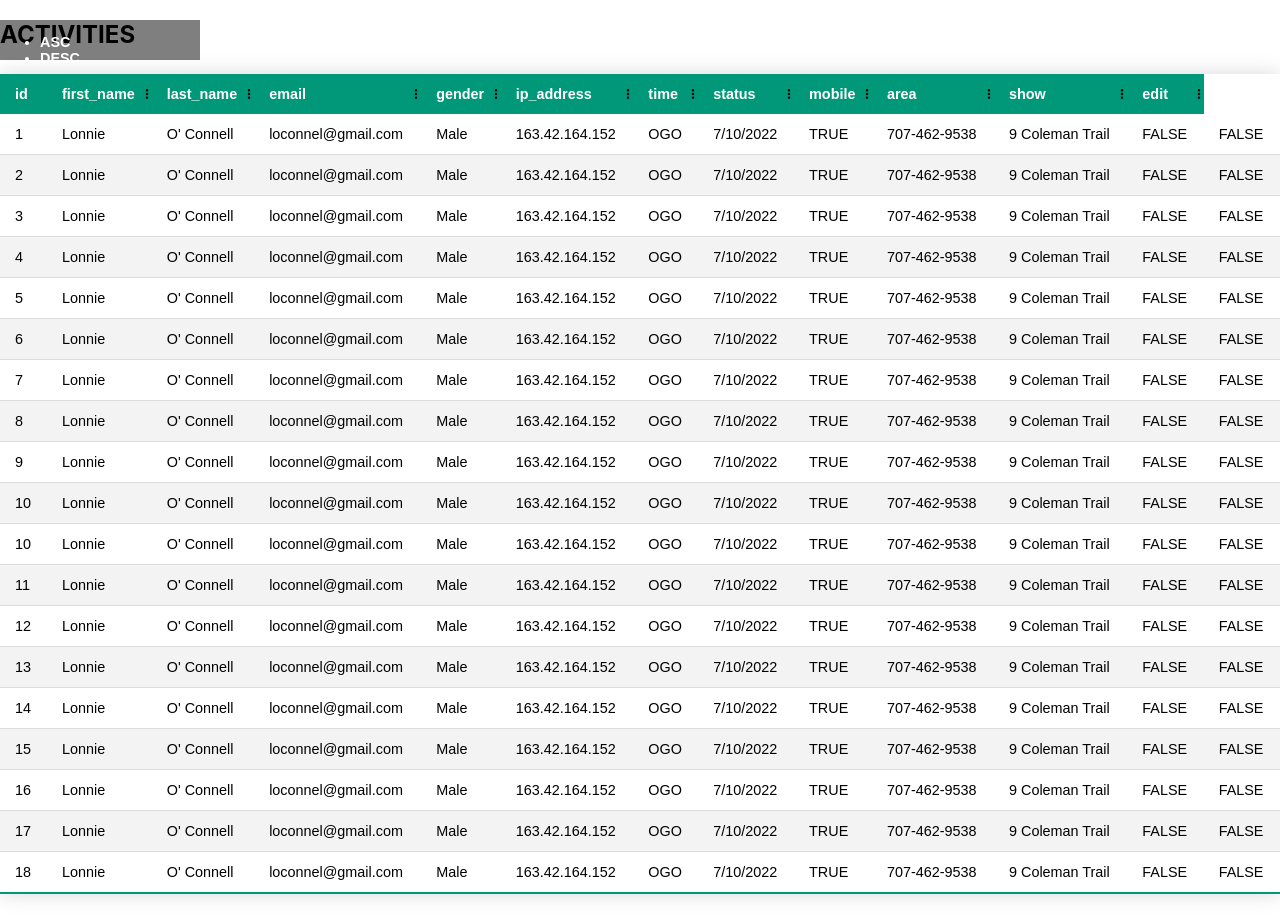
Repository: kartik077-cr7/Ckart
Page: /, after clicking the first element matching `img`
These files come from the project's save history. The page is drawn as it stood at one moment and after the next save; the edit follows.
The browser window is 1280 px wide. The pictures show the whole page.
The project was rebuilt for these pictures with package versions that can differ from the ones it lists, and the page was loaded fresh each time.

Above is the page before, as saved 2022-12-10 17:56:13.

### src/App.js
import Table from "./components/Table";
import './App.css';

const driversData = [
  {
    id: 1,
    first_name: "Lonnie",
		last_name: "O' Connell ",
		email: "loconnel@gmail.com",
		gender: "Male",
		ip_address: "163.42.164.152",
		airport_code:"OGO",
		time:"7/10/2022",
		status:"TRUE",
		mobile:"707-462-9538",
		area: "9 Coleman Trail",
		show: "FALSE",
		edit: "FALSE"
  },
  {
    id: 2,
    first_name: "Lonnie",
		last_name: "O' Connell ",
		email: "loconnel@gmail.com",
		gender: "Male",
		ip_address: "163.42.164.152",
		airport_code:"OGO",
		time:"7/10/2022",
		status:"TRUE",
		mobile:"707-462-9538",
		area: "9 Coleman Trail",
		show: "FALSE",
		edit: "FALSE"
  },
  {
    id: 3,
    first_name: "Lonnie",
		last_name: "O' Connell ",
		email: "loconnel@gmail.com",
		gender: "Male",
		ip_address: "163.42.164.152",
		airport_code:"OGO",
		time:"7/10/2022",
		status:"TRUE",
		mobile:"707-462-9538",
		area: "9 Coleman Trail",
		show: "FALSE",
		edit: "FALSE"
  },
  {
    id: 4,
    first_name: "Lonnie",
		last_name: "O' Connell ",
		email: "loconnel@gmail.com",
		gender: "Male",
		ip_address: "163.42.164.152",
		airport_code:"OGO",
		time:"7/10/2022",
		status:"TRUE",
		mobile:"707-462-9538",
		area: "9 Coleman Trail",
		show: "FALSE",
		edit: "FALSE"
  },
  {
    id: 5,
		first_name: "Lonnie",
		last_name: "O' Connell ",
		email: "loconnel@gmail.com",
		gender: "Male",
		ip_address: "163.42.164.152",
		airport_code:"OGO",
		time:"7/10/2022",
		status:"TRUE",
		mobile:"707-462-9538",
		area: "9 Coleman Trail",
		show: "FALSE",
		edit: "FALSE"
  },
  {
    id: 6,
		first_name: "Lonnie",
		last_name: "O' Connell ",
		email: "loconnel@gmail.com",
		gender: "Male",
		ip_address: "163.42.164.152",
		airport_code:"OGO",
		time:"7/10/2022",
		status:"TRUE",
		mobile:"707-462-9538",
		area: "9 Coleman Trail",
		show: "FALSE",
		edit: "FALSE"
  },
  {
    id: 7,
		first_name: "Lonnie",
		last_name: "O' Connell ",
		email: "loconnel@gmail.com",
		gender: "Male",
		ip_address: "163.42.164.152",
		airport_code:"OGO",
		time:"7/10/2022",
		status:"TRUE",
		mobile:"707-462-9538",
		area: "9 Coleman Trail",
		show: "FALSE",
		edit: "FALSE"
  },
  {
    id: 8,
		first_name: "Lonnie",
		last_name: "O' Connell ",
		email: "loconnel@gmail.com",
		gender: "Male",
		ip_address: "163.42.164.152",
		airport_code:"OGO",
		time:"7/10/2022",
		status:"TRUE",
		mobile:"707-462-9538",
		area: "9 Coleman Trail",
		show: "FALSE",
		edit: "FALSE"
  },
  {
    id: 9,
		first_name: "Lonnie",
		last_name: "O' Connell ",
		email: "loconnel@gmail.com",
		gender: "Male",
		ip_address: "163.42.164.152",
		airport_code:"OGO",
		time:"7/10/2022",
		status:"TRUE",
		mobile:"707-462-9538",
		area: "9 Coleman Trail",
		show: "FALSE",
		edit: "FALSE"
  },
  {
    id: 10,
    first_name: "Lonnie",
		last_name: "O' Connell ",
		email: "loconnel@gmail.com",
		gender: "Male",
		ip_address: "163.42.164.152",
		airport_code:"OGO",
		time:"7/10/2022",
		status:"TRUE",
		mobile:"707-462-9538",
		area: "9 Coleman Trail",
		show: "FALSE",
		edit: "FALSE"
  },
  {
    id: 10,
		first_name: "Lonnie",
		last_name: "O' Connell ",
		email: "loconnel@gmail.com",
		gender: "Male",
		ip_address: "163.42.164.152",
		airport_code:"OGO",
		time:"7/10/2022",
		status:"TRUE",
		mobile:"707-462-9538",
		area: "9 Coleman Trail",
		show: "FALSE",
		edit: "FALSE"

  },
  {
    id: 11,
    first_name: "Lonnie",
		last_name: "O' Connell ",
		email: "loconnel@gmail.com",
		gender: "Male",
		ip_address: "163.42.164.152",
		airport_code:"OGO",
		time:"7/10/2022",
		status:"TRUE",
		mobile:"707-462-9538",
		area: "9 Coleman Trail",
		show: "FALSE",
		edit: "FALSE"
  },
  {
    id: 12,
    first_name: "Lonnie",
		last_name: "O' Connell ",
		email: "loconnel@gmail.com",
		gender: "Male",
		ip_address: "163.42.164.152",
		airport_code:"OGO",
		time:"7/10/2022",
		status:"TRUE",
		mobile:"707-462-9538",
		area: "9 Coleman Trail",
		show: "FALSE",
		edit: "FALSE"
  },
  {
    id: 13,
		first_name: "Lonnie",
		last_name: "O' Connell ",
		email: "loconnel@gmail.com",
		gender: "Male",
		ip_address: "163.42.164.152",
		airport_code:"OGO",
		time:"7/10/2022",
		status:"TRUE",
		mobile:"707-462-9538",
		area: "9 Coleman Trail",
		show: "FALSE",
		edit: "FALSE"
  },
  {
    id: 14,
		first_name: "Lonnie",
		last_name: "O' Connell ",
		email: "loconnel@gmail.com",
		gender: "Male",
		ip_address: "163.42.164.152",
		airport_code:"OGO",
		time:"7/10/2022",
		status:"TRUE",
		mobile:"707-462-9538",
		area: "9 Coleman Trail",
		show: "FALSE",
		edit: "FALSE"
  },
  {
    id: 15,
		first_name: "Lonnie",
		last_name: "O' Connell ",
		email: "loconnel@gmail.com",
		gender: "Male",
		ip_address: "163.42.164.152",
		airport_code:"OGO",
		time:"7/10/2022",
		status:"TRUE",
		mobile:"707-462-9538",
		area: "9 Coleman Trail",
		show: "FALSE",
		edit: "FALSE"
  },
  {
    id: 16,
		first_name: "Lonnie",
		last_name: "O' Connell ",
		email: "loconnel@gmail.com",
		gender: "Male",
		ip_address: "163.42.164.152",
		airport_code:"OGO",
		time:"7/10/2022",
		status:"TRUE",
		mobile:"707-462-9538",
		area: "9 Coleman Trail",
		show: "FALSE",
		edit: "FALSE"
  },
  {
    id: 17,
		first_name: "Lonnie",
		last_name: "O' Connell ",
		email: "loconnel@gmail.com",
		gender: "Male",
		ip_address: "163.42.164.152",
		airport_code:"OGO",
		time:"7/10/2022",
		status:"TRUE",
		mobile:"707-462-9538",
		area: "9 Coleman Trail",
		show: "FALSE",
		edit: "FALSE"
  },
  {
    id: 18,
		first_name: "Lonnie",
		last_name: "O' Connell ",
		email: "loconnel@gmail.com",
		gender: "Male",
		ip_address: "163.42.164.152",
		airport_code:"OGO",
		time:"7/10/2022",
		status:"TRUE",
		mobile:"707-462-9538",
		area: "9 Coleman Trail",
		show: "FALSE",
		edit: "FALSE"
  },
];


function App() {
  return (
    <div className="App">
			<Table
			   data = {driversData}
			   headingColumns={["id","first_name","last_name","email","gender","ip_address","time","status","mobile","area","show","edit"]}
				 title = "Activities"
			/>
    </div>
  );
}

export default App;

### src/components/Table.js
import React from "react";
import Column from "./Column";

const Table = ({ data,headingColumns,title,handleFilter,sortedCol }) => {

	const rowDatas = data.map((row,index) => {

		let rowData = [];
		let i = 0;

		for(const key in row){
			rowData.push({
				key: headingColumns[i],
				val: row[key]
			});
			i++;
		}

		const checkStatus = (data) => {
			if(data.key == 'status')
			{
				if(data.val == 'FALSE')
				  return 'red';
				else
				  return 'green';
			}
			else
			  return '';
		}

		return <tr key={index}>
		{rowData.map((data, index) => <td key={index} className={checkStatus(data)}  data-heading={data.key}>{data.val}</td>)}
	  </tr>
	})

	return (
		<div className="table-container">
			<div className="table-title">
				<h2>{title.toUpperCase()}</h2>
			</div>
			<table className="table-class">
				<thead>
					<tr>
						{headingColumns.map((col,index) => (
							<Column sortedCol={sortedCol} handleFilter={handleFilter} key={index} column_name={col} index={index}/>
						))}
					</tr>
				</thead>
				<tbody>
					{rowDatas}
				</tbody>
			</table>
		</div>
	)
}

export default Table;

### src/App.css
.table-container{
	width: 100%;
}
.table-class{
	width: 100%;
	border-collapse: collapse;
	margin: 25px 0;
	font-size: 0.9em;
	font-family: sans-serif;
	min-width: 400px;
	box-shadow: 0 0 20px rgba(0, 0, 0, 0.15);
}

.table-class thead tr {
	background-color: #009879;
	color: #ffffff;
	text-align: left;
}

.table-class th,
.table-class td {
    padding: 12px 15px;
}

.table-class tbody tr {
	border-bottom: 1px solid #dddddd;
}

.table-class tbody tr:nth-of-type(even) {
	background-color: #f3f3f3;
}

.table-class tbody tr:last-of-type {
	border-bottom: 2px solid #009879;
}

.table-class tbody tr.active-row {
	font-weight: bold;
	color: #009879;
}


.modal {
	position: fixed;
	left: 0;
	top: 20px;
	right: 0;
	bottom: 0;
	background-color: rgba(0,0,0,0.5);
	height: 40px;
	width: 200px;
}

.modal-body{
	padding: 0px;
}

### src/components/Column.js
import React from 'react';
import { useState } from 'react';
import Dots from "../svg/vertical_dot.svg";
import Modal from './Modal';

const Column = ({column_name,index}) => {

	const [open, setOpen] = useState(false);

	const handleOpen = () => {
		console.log("opening modal ");
		setOpen(!open);
	};

	const handleClose = () => {
    setOpen(false);
	};

	return (
		<th key = {index} style={{position:"relative"}}>
			{column_name}
			{open && <Modal/>}
			{ index !== 0 && <img
			  onClick = {handleOpen}
				src = {Dots}
				style={{
					width: "10px",
					height: "10px",
					top: "15px",
					right: "0px",
					position: "absolute",
					cursor: "pointer",
				}}
			 />
			}
		</th>
	)
};

export default Column;

### src/components/Modal.js
import React from "react";

const Modal = () => {

	return(
		<div className="modal">
		    <ul>
					<li>ASC</li>
					<li>DESC</li>
				</ul>
		</div>
	)
};

export default Modal;

Loaded but not shown: public/index.html (common file); src/index.js (common file); src/index.css (common file); src/reportWebVitals.js (common file)

After the next save:
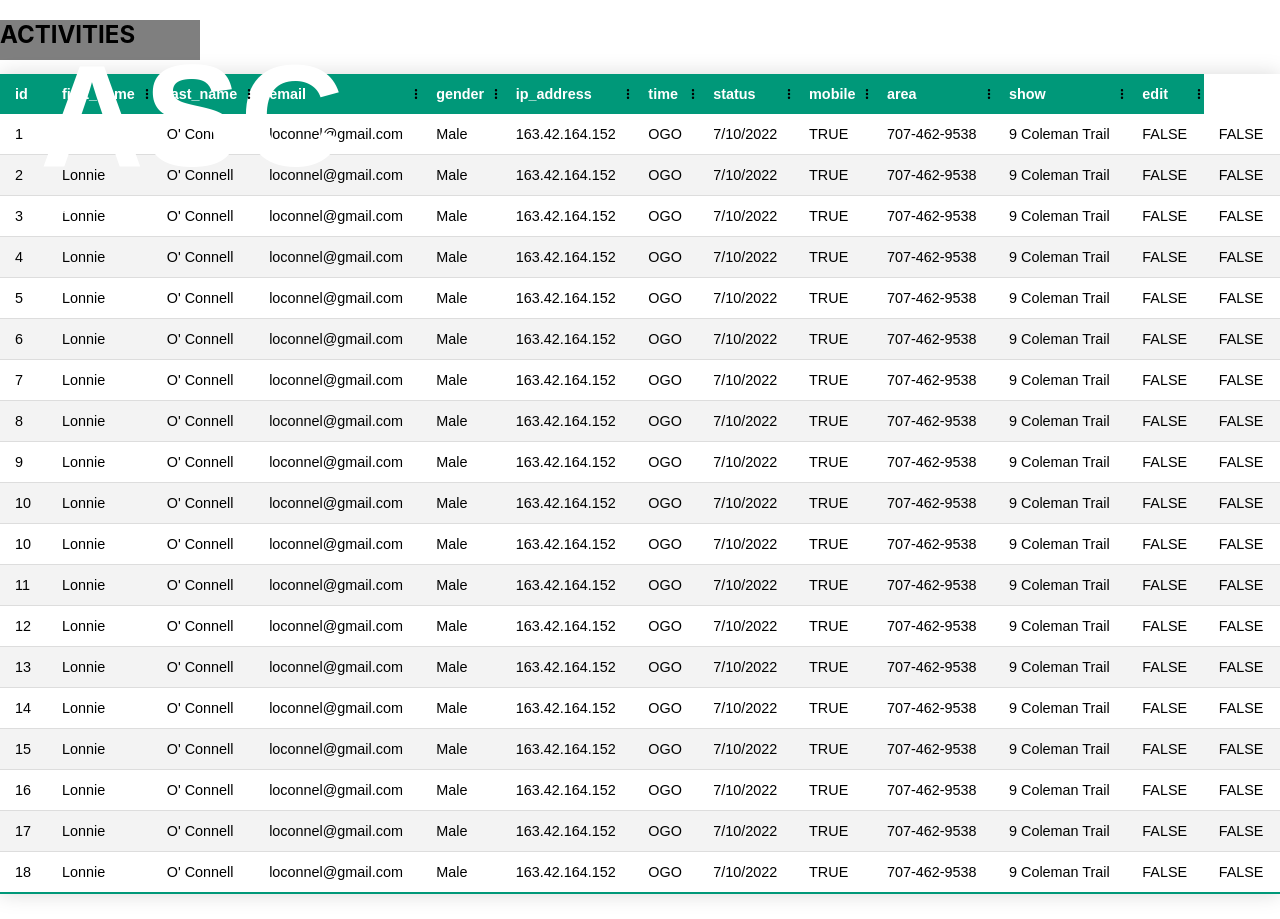
Saved 31 s later.
--- a/src/components/Modal.js
+++ b/src/components/Modal.js
@@ -5,7 +5,7 @@ const Modal = () => {
 	return(
 		<div className="modal">
 		    <ul>
-					<li>ASC</li>
+					<li style={{fontSize:"10em"}}>ASC</li>
 					<li>DESC</li>
 				</ul>
 		</div>
